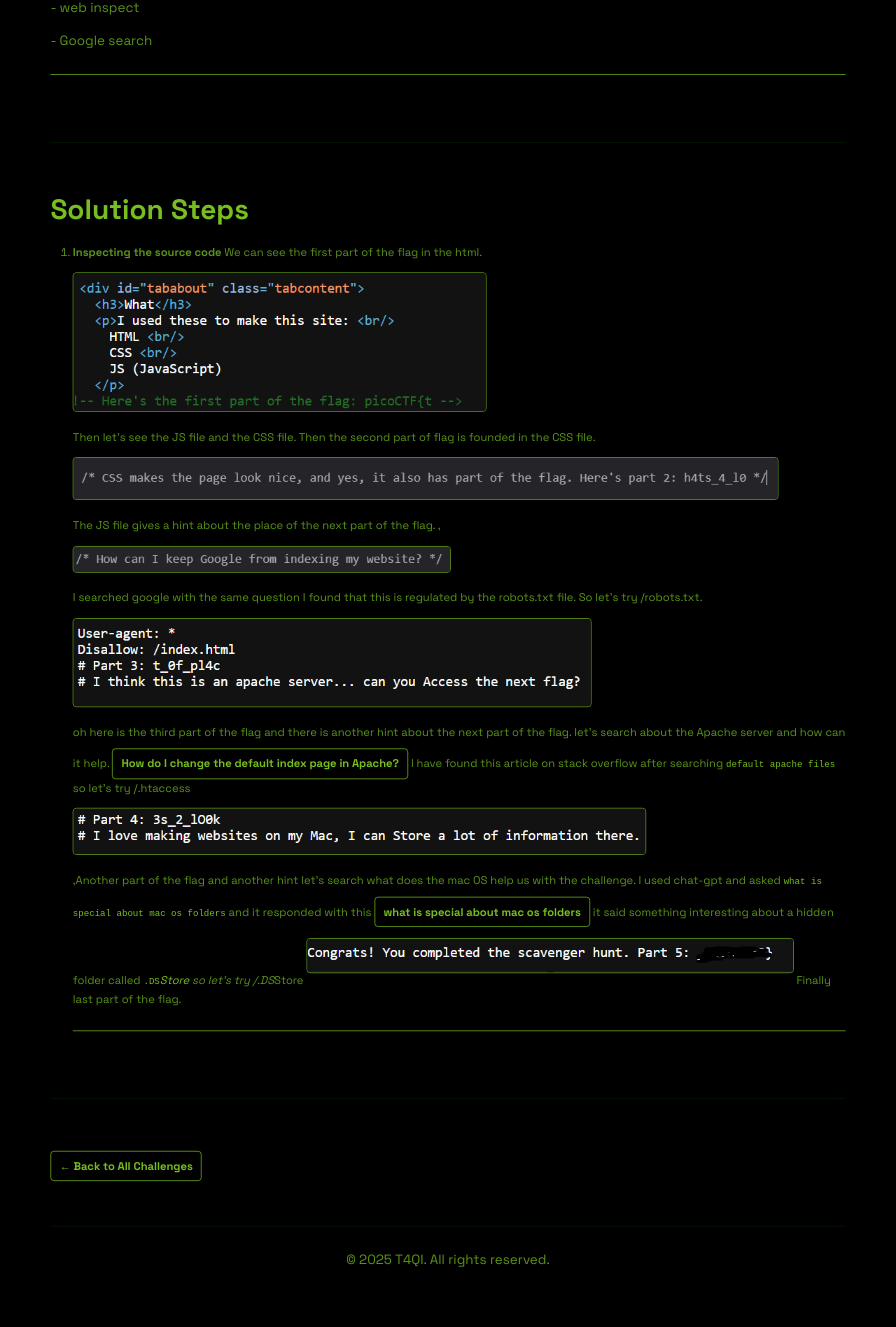
Repository: mohamedsoliman-tq/Website
Page: blogs/picoCTF/Scavenger-hunt.html
An editor plug-in stored every save of this project. The page is shown before and after a run of saves, followed by the edit.
The browser window is 1280 px wide. The pictures show the part of the page from y = 1303 to 3223 px (the page is 3198 px tall before and 3223 px after), at 70% of full size.

Above is the page before, as saved 2025-03-14 03:07:35.

### blogs/picoCTF/Scavenger-hunt.html
<!DOCTYPE html>
<html>

<head>
    <meta charset="UTF-8">
    <meta name="viewport" content="width=device-width, initial-scale=1.0">
    <title>Scavenger Hunt</title>
    <link rel="stylesheet" href="/css/blog.css">
</head>

<body>
    <nav>
        <ul>
            <li><a href="/">Home</a></li>
            <li><a href="/Projects.html">Projects</a></li>
            <li><a href="/Blogs.html">Blog</a></li>
        </ul>
    </nav>
    <div class="container">
        <div class="section" id="scavenger-hunt---write-up">
            <h1>Scavenger Hunt - Write-Up</h1>

            <p><strong>Date:</strong> 13/03/2025 </p>
            <p><strong>Challenge Category:</strong> #Web-Security </p>
            <p>Platform: #picoCTF </p>
            <p><strong>Difficulty:</strong> #Easy </p>
            <p><strong>Status:</strong> #Solved </p>

            <hr>
        </div>
        <div class="section" id="problem-description">
            <h2>Problem Description</h2>

            <p>*There is some interesting information hidden around this site <a
                    href="http://mercury.picoctf.net:27393/" class="read-more">http://mercury.picoctf.net:27393/</a>.
            </p>
            <p>Can you find it?</p>

            <p>- <strong>Target:</strong> http://mercury.picoctf.net:27393/</p>
            <p>- <strong>Goal:</strong> extract a flag</p>
            <p>- <strong>Initial Observations:</strong> A simple page nothing interesting </p>
            <hr>

        </div>
        <div class="section" id="tools-used">
            <h2>Tools Used</h2>

            <p>- web inspect</p>
            <p>- Google search</p>

            <hr>

        </div>
        <div class="section" id="solution-steps">
            <h2>Solution Steps</h2>


            <ol>
                <li><strong>Inspecting the source code</strong> We can see the first part of the flag in the html.
                    <br><img src="pics/Pasted image 20250313090041.png" alt="Pasted image 20250313090041.png"><br> Then
                    let's see the JS file and the CSS file. Then the second part of flag is founded in the CSS file.
                    <br><img src="pics/Pasted image 20250313090234.png" alt="Pasted image 20250313090234.png"><br> The
                    JS file gives a hint about the place of the next part of the flag. ,<br><img
                        src="pics/Pasted image 20250313090358.png" alt="Pasted image 20250313090358.png"><br> I searched
                    google with the same question I found that this is regulated by the robots.txt file. So let's try
                    /robots.txt. <br><img src="pics/Pasted image 20250313090614.png"
                        alt="Pasted image 20250313090614.png"><br> oh here is the third part of the flag and there is
                    another hint about the next part of the flag. let's search about the Apache server and how can it
                    help. <a
                        href="https://stackoverflow.com/questions/19322345/how-do-i-change-the-default-index-page-in-apache"
                        class="read-more">How do I change the default index page in Apache?</a> I have found this
                    article on stack overflow after searching <code>default apache files</code> so let's try /.htaccess
                    <br><img src="pics/Pasted image 20250313091252.png" alt="Pasted image 20250313091252.png"><br> ,Another part
                    of the flag and another hint let's search what does the mac OS help us with the challenge. I used
                    chat-gpt and asked <code>what is special about mac os folders</code> and it responded with this <a
                        href="https://chatgpt.com/share/67d2878a-9c2c-8005-a6ad-f2aa9325fae1" class="read-more">what is
                        special about mac os folders</a> it said something interesting about a hidden folder called
                    <code>.DS<em>Store</code> so let's try /.DS</em>Store <img
                        src="pics/Pasted image 20250313092405.png" alt="Pasted image 20250313092405.png"> Finally last
                    part of the flag.
                    <hr>
                </li>
            </ol>
        </div>
        <div class="section">
            <a href="/blogs/picoCTF/picoCTF.html" class="read-more">← Back to All Challenges</a>
        </div>
        <footer>
            <p>&copy; 2025 T4QI. All rights reserved.</p>
        </footer>
    </div>
</body>

</html>

### css/blog.css
@import url('https://fonts.googleapis.com/css2?family=Space+Grotesk:wght@300;400;700&display=swap');

    :root {
        --primary-black: #000000;
        --green-accent: #78BE20;
        --dark-green: #5a9419;
    }

    * {
        margin: 0;
        padding: 0;
        box-sizing: border-box;
        font-family: 'Space Grotesk', sans-serif;
    }

    body {
        background-color: var(--primary-black);
        color: var(--green-accent);
        line-height: 1.6;
    }

    .container {
        max-width: 1200px;
        margin: 0 auto;
        padding: 2rem;
    }

    .section {
        padding: 4rem 0;
        border-bottom: 1px solid #001a00;
    }

    /* Navigation Styles */
    nav {
        background: rgba(0, 0, 0, 0.95);
        padding: 1rem;
        position: sticky;
        top: 0;
        border-bottom: 2px solid var(--green-accent);
        z-index: 100;
    }

    nav ul {
        display: flex;
        justify-content: space-around;
        list-style: none;
    }

    nav a {
        color: var(--green-accent);
        text-decoration: none;
        padding: 0.5rem 1rem;
        transition: all 0.3s;
    }

    nav a:hover {
        color: var(--dark-green);
        text-shadow: 0 0 10px var(--green-accent);
    }

    /* Hero Section Styles */
    .hero {
        text-align: center;
        padding: 4rem 0;
        background: linear-gradient(45deg, var(--primary-black), #001100);
    }

    h1, h2, h3, h4, h5, h6 {
        color: var(--green-accent);
        margin-bottom: 1rem;
    }

    h1 {
        font-size: 3.5rem;
        text-shadow: 0 0 15px var(--green-accent);
    }

    h2 {
        font-size: 2.5rem;
    }

    p {
        color: var(--dark-green);
        font-size: 1.2rem;
        margin-bottom: 1rem;
    }

    /* Code blocks */
    pre {
        background: #000a00;
        padding: 1.5rem;
        border-radius: 5px;
        border: 1px solid var(--green-accent);
        overflow-x: auto;
        margin: 1.5rem 0;
    }

    code {
        font-family: monospace;
        color: var(--green-accent);
    }

    /* List styling */
    ul, ol {
        margin-left: 2rem;
        margin-bottom: 1.5rem;
        color: var(--dark-green);
    }

    li {
        margin-bottom: 0.5rem;
    }

    /* Links */
    a {
        color: var(--green-accent);
        text-decoration: none;
        transition: all 0.3s;
    }

    a:hover {
        color: var(--dark-green);
        text-shadow: 0 0 10px var(--green-accent);
    }

    .read-more {
        display: inline-block;
        margin-top: 10px;
        padding: 8px 12px;
        font-size: 1rem;
        font-weight: bold;
        color: var(--green-accent);
        text-decoration: none;
        border: 1px solid var(--green-accent);
        border-radius: 5px;
        transition: all 0.3s ease;
    }

    .read-more:hover {
        background-color: var(--green-accent);
        color: var(--primary-black);
        box-shadow: 0 0 10px var(--green-accent);
    }

    /* Images */
    img {
        max-width: 100%;
        border: 1px solid var(--green-accent);
        border-radius: 5px;
        margin: 1rem 0;
    }

    /* Horizontal rule */
    hr {
        border: none;
        height: 1px;
        background-color: var(--green-accent);
        margin: 2rem 0;
    }

    /* Responsive adjustments */
    @media (max-width: 768px) {
        h1 {
            font-size: 2.5rem;
        }

        .container {
            padding: 1rem;
        }

        .section {
            padding: 2rem 0;
        }
    }

    footer {
        text-align: center;
        padding: 2rem;
        color: var(--green-accent);
    }
    .callout {
        padding: 1rem;
        margin: 1rem 0;
        border-radius: 5px;
        border-left: 4px solid #4b6bfb;
        background-color: rgba(75, 107, 251, 0.1);
    }
    .callout-title {
        font-weight: bold;
        margin-bottom: 0.5rem;
    }
    .callout-note { border-left-color: #4b6bfb; background-color: rgba(75, 107, 251, 0.1); }
    .callout-info { border-left-color: #0288d1; background-color: rgba(2, 136, 209, 0.1); }
    .callout-warning { border-left-color: #ffa726; background-color: rgba(255, 167, 38, 0.1); }
    .callout-danger { border-left-color: #ef5350; background-color: rgba(239, 83, 80, 0.1); }
    .callout-success { border-left-color: #66bb6a; background-color: rgba(102, 187, 106, 0.1); }
    .internal-link { color: #7c3aed; text-decoration: none; border-bottom: 1px dotted; }
    .internal-link:hover { text-decoration: underline; }
    mark { background-color: #fff176; padding: 0 2px; }
    .markdown-image { max-width: 100%; height: auto; display: block; margin: 1rem 0; }

After the next 4 saves:
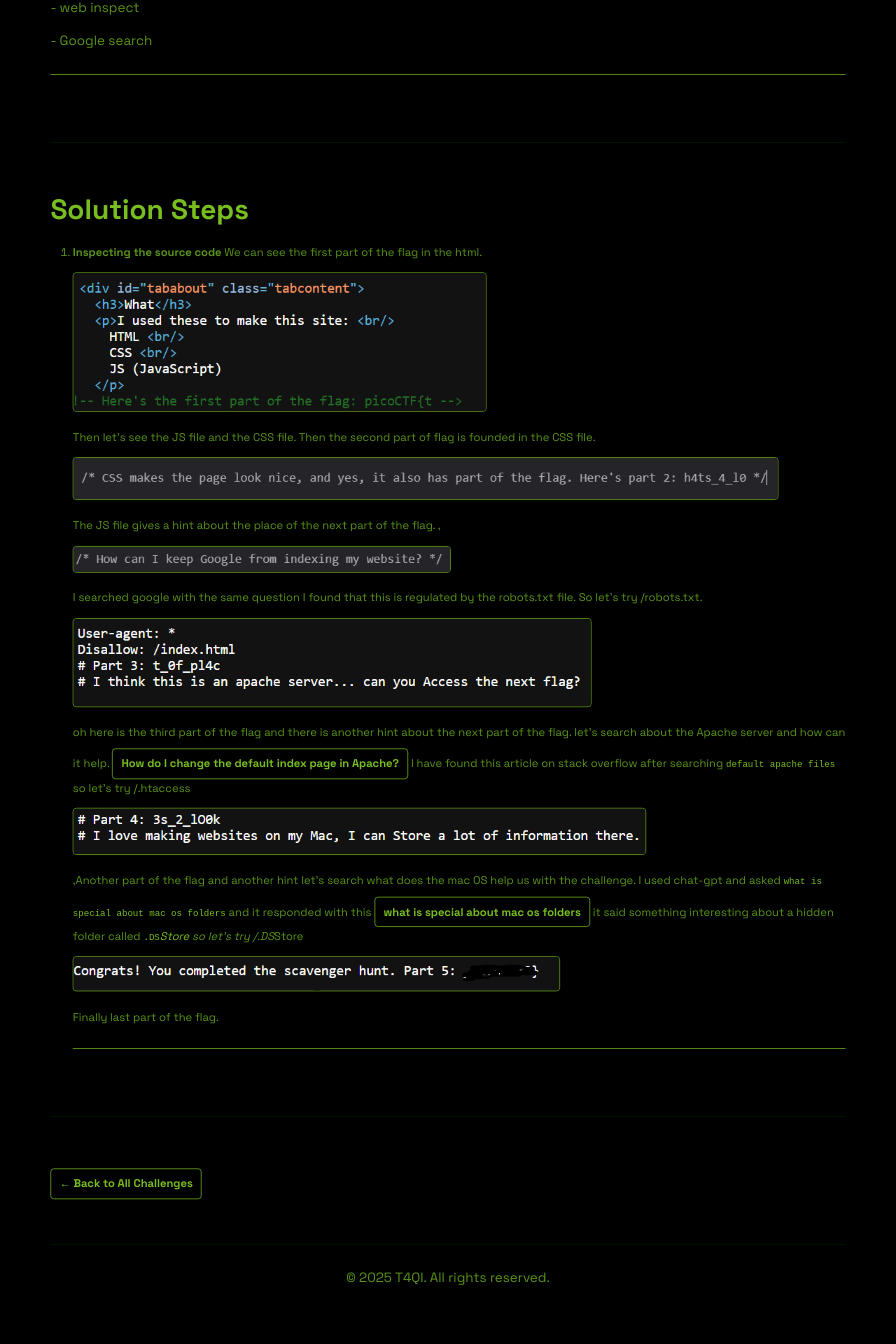
The 4 saves are shown as one change because they came seconds apart.
The last was saved 12 s later.
--- a/blogs/picoCTF/Scavenger-hunt.html
+++ b/blogs/picoCTF/Scavenger-hunt.html
@@ -75,8 +75,8 @@
                     chat-gpt and asked <code>what is special about mac os folders</code> and it responded with this <a
                         href="https://chatgpt.com/share/67d2878a-9c2c-8005-a6ad-f2aa9325fae1" class="read-more">what is
                         special about mac os folders</a> it said something interesting about a hidden folder called
-                    <code>.DS<em>Store</code> so let's try /.DS</em>Store <img
-                        src="pics/Pasted image 20250313092405.png" alt="Pasted image 20250313092405.png"> Finally last
+                    <code>.DS<em>Store</code> so let's try /.DS</em>Store <br><img
+                        src="pics/Pasted image 20250313092405.png" alt="Pasted image 20250313092405.png"><br> Finally last
                     part of the flag.
                     <hr>
                 </li>
